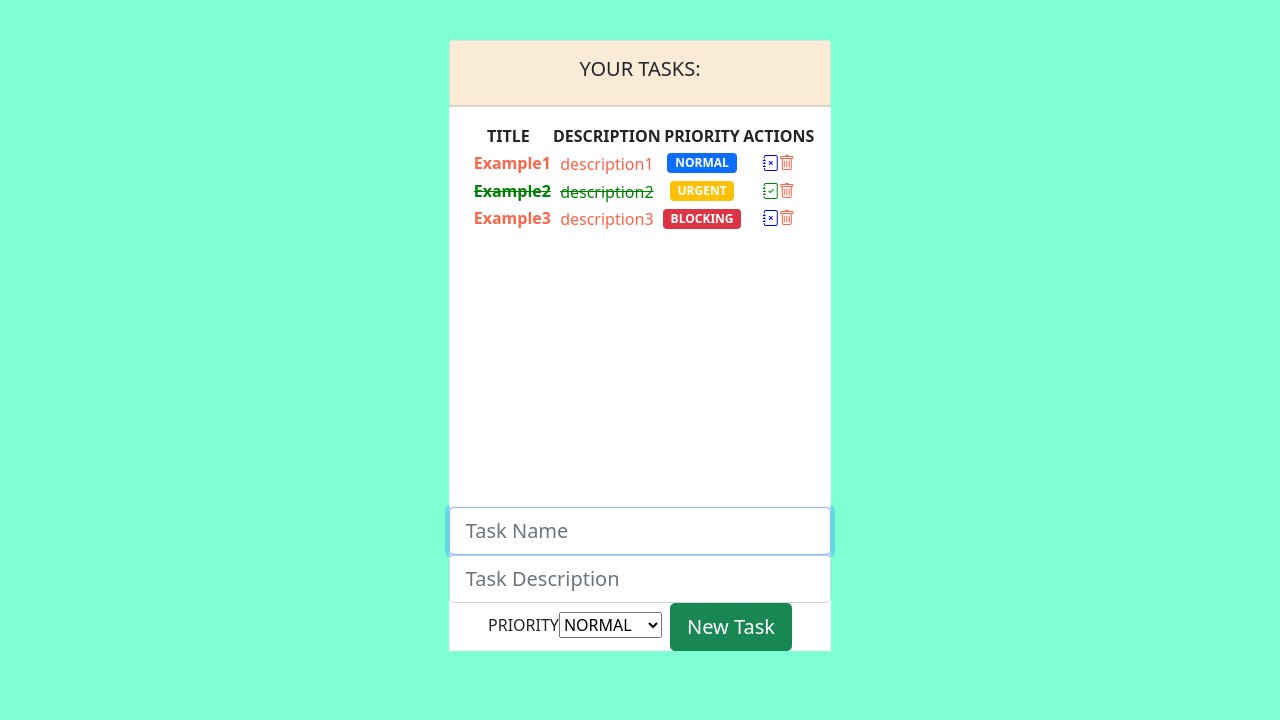
Repository: abgdev1997/proyecto-evo
Page: /
The author's editor kept a copy of each file at every save. The page is drawn from the files as they stood at one save, then again after the next save.
The browser window is 1280 px wide. The pictures show the whole page.
The project was rebuilt for these pictures with package versions that can differ from the ones it lists, and the page was loaded fresh each time.

Above is the page before, as saved 2022-02-15 16:36:05.

### src/index.js
import React from 'react';
import ReactDOM from 'react-dom';
import 'bootstrap/dist/css/bootstrap.css';
import 'bootstrap-icons/font/bootstrap-icons.css';
import './index.css';
import App from './App';

ReactDOM.render(
  <React.StrictMode>
    <App />
  </React.StrictMode>,
  document.getElementById('root')
);

### src/index.css
body{
    display: flex;
    align-items: center;
    justify-content: center;
    padding-top: 40px;
    padding-bottom: 40px;
    background-color: aquamarine;
}

### src/App.js
import './App.css';
import TaskList from './components/container/task_list';

function App() {
  return (
    <div className="App">
        {/* Componente de listado de tareas */}
        <TaskList></TaskList>
    </div>
  );
}

export default App;

### src/components/container/task_list.jsx
import React, {useState, useEffect} from 'react';
import {Task} from '../../models/levels.class'
import { LEVELS } from '../../models/levels.enum';
import TaskComponent from '../pure/task_component'
import '../../styles/task.scss'
import TaskForm from '../pure/forms/taskForm';

const TaskList = () => {

    const defaultTask1 = new Task('Example1', 'description1', false, LEVELS.NORMAL);
    const defaultTask2 = new Task('Example2', 'description2', true, LEVELS.URGENT);
    const defaultTask3 = new Task('Example3', 'description3', false, LEVELS.BLOCKING);




    //Estados del componente
    const [tasks, setTasks] = useState([defaultTask1, defaultTask2, defaultTask3]);
    const [loading, setLoading] = useState(true);

    //Control de ciclo de vida del componente
    useEffect(() => {
        console.log('Task State has been modified');
        setLoading(false);
        return () => {
            console.log('TaskList component is going to unmount');
        };
    }, [tasks]);
    const changeCompleted = (task) => {
        console.log('Change this task:', task)
        //Conseguimos el index de la tarea que queremos cambiar
        const index = tasks.indexOf(task);
        //Guardamos la lista de tareas dentro de una variable temporal
        const tempTasks = [...tasks]
        //Cambiamos el valor completed de la tarea que ya existe con el indice index
        tempTasks[index].completed = !tempTasks[index].completed
        //Actualizamos todas las tareas para introducir la que ha cambiado
        setTasks(tempTasks);
    }

    const deleteTask = (task) => {
        console.log('Deleting this task:', task)
        //Conseguimos el index de la tarea que queremos borrar
        const index = tasks.indexOf(task);
        //Guardamos la lista de tareas dentro de una variable temporal
        const tempTasks = [...tasks];
        //Borramos la tarea con splice(indice, numero de borrado hacia delante(en este caso solo es 1, la tarea a la que nos referimos))
        tempTasks.splice(index,1);
        setTasks(tempTasks);
    }

    const addTask = (task) => {
        console.log('Creating this task:', task)
        //Guardamos la lista de tareas dentro de una variable temporal
        const tempTasks = [...tasks];
        //Añadimos la tarea nueva a la lista temporal
        tempTasks.push(task);
        //Sustituimos la antigua lista por la lista temporal
        setTasks(tempTasks);
    }

    const TasksTable = () => {
        if(tasks.length > 0){
            return (
                <table>
                    <thead>
                        <tr>
                            <th scope='col'>TITLE</th>
                            <th scope='col'>DESCRIPTION</th>
                            <th scope='col'>PRIORITY</th>
                            <th scope='col'>ACTIONS</th>
                        </tr>
                    </thead>
                    <tbody>
                        {tasks.map((task, index) =>
                            <TaskComponent
                            completed={changeCompleted}
                            remove={deleteTask}
                            key={index}
                            task={task}>
                            </TaskComponent>)}
                    </tbody>
                </table>
            )
        }else{
            return(
                <div>
                    <h3>There are no tasks to show</h3>
                    <h4>Please create a task</h4>
                </div>
            )}
    }

    return (
        <div>
            {/* Dividimos el contenedor en 12 columnas */}
            <div className='col-12'>
                {/* Usamos la class card */}
                <div className='card'>
                    {/* CARD HEADER (TITLE) */}
                    {/* card-header es la cabecera de la carta, p-3 es padding 3 */}
                    <div className='card-header p-3' style={{backgroundColor:'antiquewhite'}}>
                        <h5>
                            YOUR TASKS:
                        </h5>
                    </div>
                </div>
                {/* CARD BODY (CONTENT) */}
                <div
                className='card-body'
                data-mdb-perfect-scrollbar='true'
                style={ {position: 'relative', height:'400px', backgroundColor:'white'}
                }>
                    <TasksTable></TasksTable>
                </div>
            </div>
            <TaskForm add={addTask} length={tasks.length}></TaskForm>
        </div>
    );
};


export default TaskList;

### src/models/levels.class.js
import { LEVELS } from "./levels.enum";

export class Task {
    name = 'o';
    description = '';
    completed = false;
    level = LEVELS.NORMAL;

    constructor(name, description, completed, level){
        this.name = name;
        this.description = description;
        this.completed = completed;
        this.level = level;
    }
}

### src/models/levels.enum.js
export const LEVELS = {
    NORMAL: 'NORMAL',
    URGENT: 'URGENT',
    BLOCKING:'BLOCKING',
}

### src/components/pure/task_component.jsx
import React, {useEffect} from 'react';
import PropTypes from 'prop-types';
import { Task } from '../../models/levels.class';
import { LEVELS } from '../../models/levels.enum';
import '../../styles/task.scss'


const TaskComponent = ({task, completed, remove}) => {

    useEffect(() => {
        console.log('Created task')
        return () => {
            console.log(`Task: ${task.name} is going to unmount...`)
        };
    }, [task]);

    function taskLevelBadge(){
        switch (task.level) {
            case LEVELS.NORMAL:
                return(<h6 className='mb-0'><span className='badge bg-primary'>{task.level}</span></h6>);
            case LEVELS.URGENT:
                return(<h6 className='mb-0'><span className='badge bg-warning'>{task.level}</span></h6>);
            case LEVELS.BLOCKING:
                return(<h6 className='mb-0'><span className='badge bg-danger'>{task.level}</span></h6>);
            default:
                break;
        }
    }

    function taskCompletedIcon(){
        if(task.completed){
            return(<i onClick={() => completed(task)} className='bi bi-journal-check task-action' style={{color: 'green', fontWeight:'bold'}}></i>);
        }else{
            return(<i onClick={() => completed(task)} className='bi bi-journal-x task-action' style={{color: 'blue', fontWeight:'bold'}}></i>);
        }
    }

    const taskCompleted = {
        color: 'green',
        fontWeight: 'bold',
        textDecoration: 'line-through'
    }

    const taskPending = {
        fontWeight: 'bold',
        color: 'tomato'
    }

    return (

        <tr className='fw-normal' style={task.completed ? taskCompleted : taskPending}>
            <th>
                {/* ms-2 Margin 2 */}
                <span className='ms-2'>{task.name}</span>
            </th>
            <td>
                {/* align-middle alinea al centro */}
                <span className='align-middle'>{task.description}</span>
            </td>
            <td>
                {/* <span className='align-middle'>{task.level}</span> */}
                {taskLevelBadge()}
            </td>
            <td>
                {/* <span className='align-middle'>{task.completed ? 'COMPLETED' : 'PENDING'}</span> */}
                {taskCompletedIcon()}
                <i onClick={() => remove(task)} className='bi-trash task-action' style={{color:'tomato', fontWeight:'bold'}}></i>
            </td>
        </tr>

        // <div>
        //     <h2>
        //         Name: {task.name}
        //     </h2>
        //     <h3>
        //         Description: {task.description}
        //     </h3>
        //     <h4>
        //         Level: {task.level}
        //     </h4>
        //     <h5>
        //         This task is: {task.completed ? 'COMPLETED' : 'PENDING'}
        //     </h5>
        // </div>
    );
};


TaskComponent.propTypes = {
    task: PropTypes.instanceOf(Task).isRequired,
    completed: PropTypes.func.isRequired,
    remove: PropTypes.func.isRequired,
};


export default TaskComponent;

### src/styles/task.scss
.task-action {
    cursor: pointer;
}

.task-completed {
    color: gray;
    text-decoration: line-through;
}

.task-pending {
    font-weight: bold;
    color: tomato;
}

### src/components/pure/forms/taskForm.jsx
import React, {useRef} from 'react';
import PropTypes from 'prop-types';
import { LEVELS } from '../../../models/levels.enum';
import { Task } from '../../../models/levels.class';


const TaskForm = ({add, length}) => {

    const nameRef = useRef('');
    const descriptionRef = useRef('');
    const levelRef = useRef(LEVELS.NORMAL);



    const addTask = (e) => {
        //Prevenimos la recarga automatica de pagina
        e.preventDefault();
        //Construimos la nueva tarea con los valores referenciados
        const newTask = new Task(
            nameRef.current.value,
            descriptionRef.current.value,
            false,
            levelRef.current.value
        );
        //Añadimos la tarea usando la funcion que viene del padre
        add(newTask);
    }

    return (
        <form onSubmit={addTask} className='d-flex justify-content-center align-items-center' style={{backgroundColor:'white'}}>
            <div className='form-outline flex-fill'>
                <input ref={nameRef} id='inputName' type='text' className='form-control form-control-lg'required autoFocus placeholder='Task Name'></input>
                <input ref={descriptionRef} id='descriptionName' type='text' className='form-control form-control-lg'required placeholder='Task Description'></input>
                <label htmlFor='selectLevel' className='sr-only'>PRIORITY</label>
                <select ref={levelRef} defaultValue={LEVELS.NORMAL} id='selectLevel'>
                    <option value={LEVELS.NORMAL}>
                        NORMAL
                    </option>
                    <option value={LEVELS.URGENT}>
                        URGENT
                    </option>
                    <option value={LEVELS.BLOCKING}>
                        BLOCKING
                    </option>
                </select>
                <button type='submit' className='btn btn-success btn-lg ms-2'>
                    {length>0 ? 'New Task' : 'Add Task'}
                </button>
            </div>
        </form>
    );
};


TaskForm.propTypes = {
    add: PropTypes.func.isRequired,
    length: PropTypes.number.isRequired,
};


export default TaskForm;

Loaded but not shown: public/index.html (common file); src/App.css (common file)

After the next save:
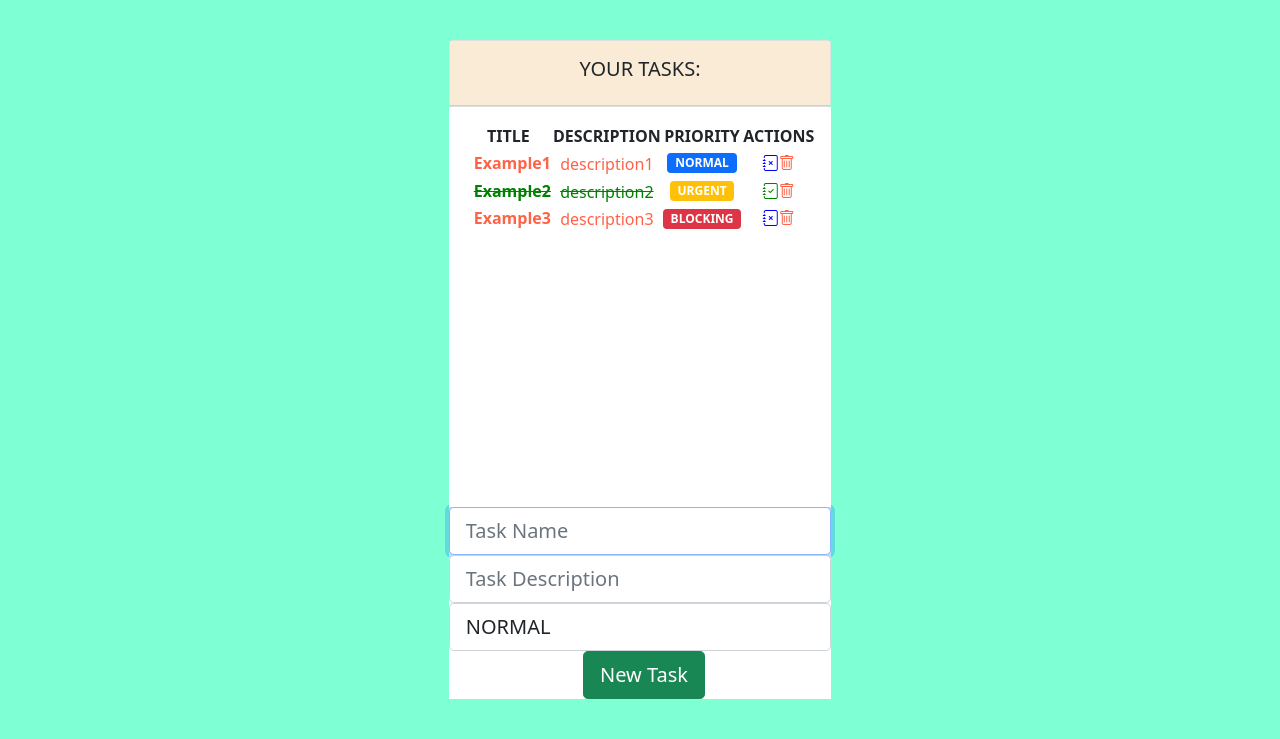
Saved 116 s later.
--- a/src/components/pure/forms/taskForm.jsx
+++ b/src/components/pure/forms/taskForm.jsx
@@ -29,10 +29,9 @@ const TaskForm = ({add, length}) => {
     return (
         <form onSubmit={addTask} className='d-flex justify-content-center align-items-center' style={{backgroundColor:'white'}}>
             <div className='form-outline flex-fill'>
-                <input ref={nameRef} id='inputName' type='text' className='form-control form-control-lg'required autoFocus placeholder='Task Name'></input>
+                <input ref={nameRef} id='inputName' type='text' className='form-control form-control-lg' required autoFocus placeholder='Task Name'></input>
                 <input ref={descriptionRef} id='descriptionName' type='text' className='form-control form-control-lg'required placeholder='Task Description'></input>
-                <label htmlFor='selectLevel' className='sr-only'>PRIORITY</label>
-                <select ref={levelRef} defaultValue={LEVELS.NORMAL} id='selectLevel'>
+                <select className='form-control form-control-lg' ref={levelRef} defaultValue={LEVELS.NORMAL} id='selectLevel'>
                     <option value={LEVELS.NORMAL}>
                         NORMAL
                     </option>
